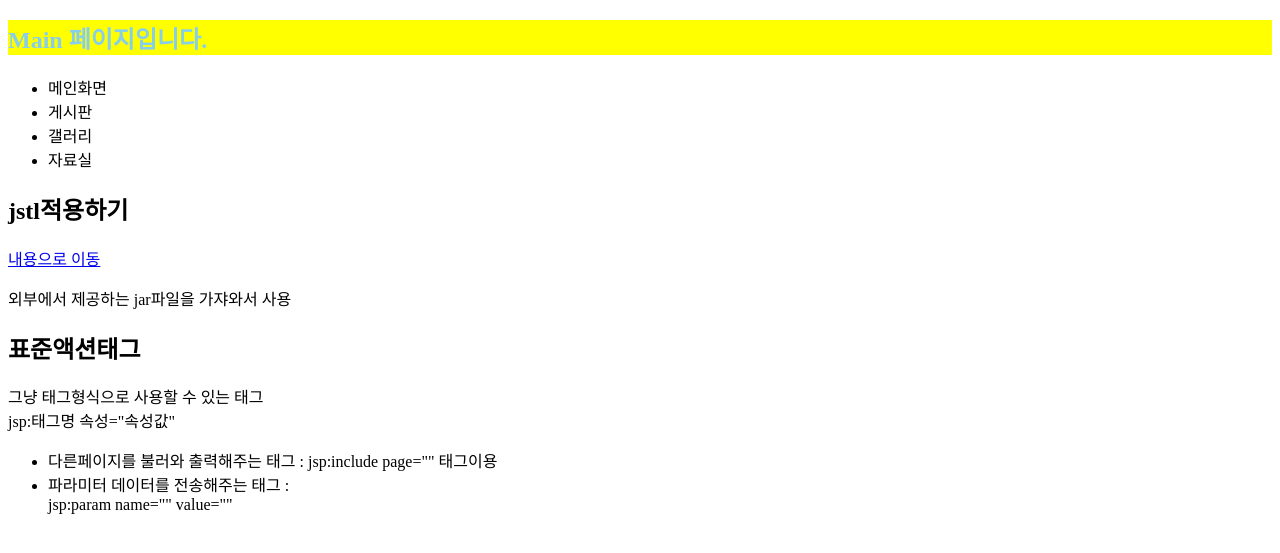
Repository: simjiho/week
Page: http://localhost/el_jstl/
An editor plug-in stored every save of this project. The page is shown before and after the next save, followed by the edit.
The browser window is 1280 px wide. The pictures show the whole page.
The page is served by Tomcat 9. Other server files are loaded and not shown.

Above is the page before, as saved 2024-04-20 05:39:48.

### workspace/el_jstl/src/main/webapp/index.jsp
<%@ page language="java" contentType="text/html; charset=UTF-8"
    pageEncoding="UTF-8"%>
<!-- 이용할 jstl 태그를 선언해야함 -->
<%@ taglib prefix="c" uri="http://java.sun.com/jsp/jstl/core" %>
<%@ taglib prefix="fmt" uri="http://java.sun.com/jsp/jstl/fmt" %>
<jsp:include page="/views/common/header.jsp">
	<jsp:param name="title" value="Main"/>
	<jsp:param name="style" value="color:skyblue; background-color:yellow;"/>
</jsp:include>

	<%-- <h3><%=name %></h3> --%>
	<h2>jstl적용하기</h2>
	<a href="views/content.jsp">내용으로 이동</a>
	<p>외부에서 제공하는 jar파일을 가쟈와서 사용</p>

	<h2>표준액션태그</h2>
	<p>
		그냥 태그형식으로 사용할 수 있는 태그 <br>
		jsp:태그명 속성="속성값"
	</p>
	<ul>
		<li>
			다른페이지를 불러와 출력해주는 태그 : jsp:include page="" 태그이용
		</li>
		<li>
			파라미터 데이터를 전송해주는 태그 : <br>
			jsp:param name="" value=""
		</li>
	</ul>
</body>
</html>

### workspace/el_jstl/src/main/webapp/views/common/header.jsp
<%@ page language="java" contentType="text/html; charset=UTF-8"
    pageEncoding="UTF-8"%>
<%
	String name="안녕";
%>
<!DOCTYPE html>
<html>
<head>
<meta charset="UTF-8">
<title>근명고등학교</title>
</head>
<body>
	<h2 style="${param.style}">${param.title} 페이지입니다.</h2>
	<ul>
		<li>메인화면</li>
		<li>게시판</li>
		<li>갤러리</li>
		<li>자료실</li>
	</ul>

After the next save:
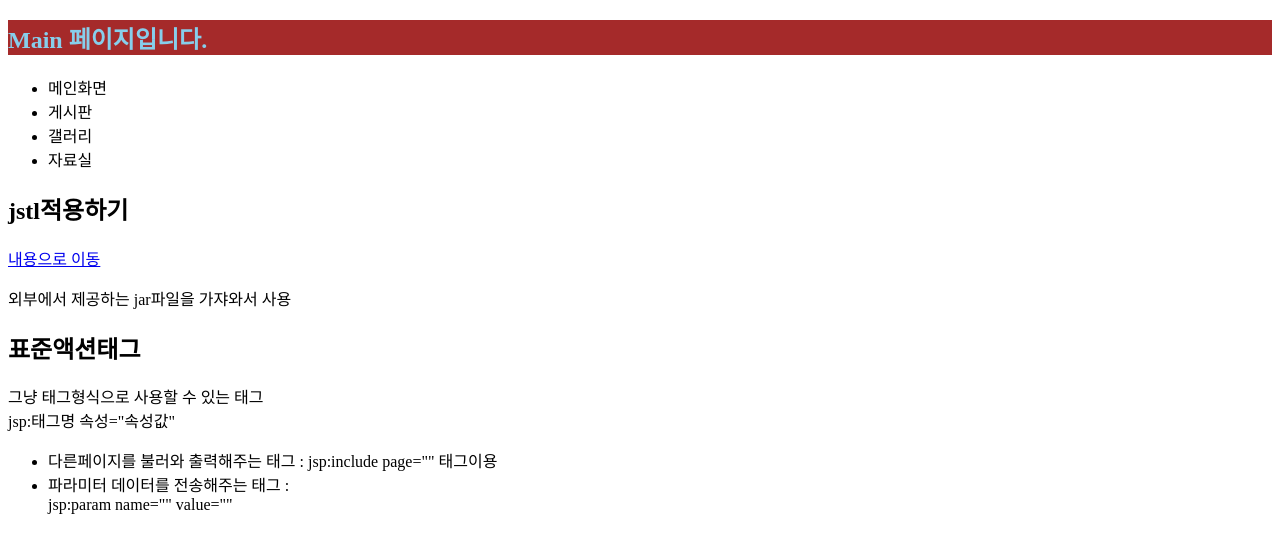
Saved 35 s later.
--- a/workspace/el_jstl/src/main/webapp/index.jsp
+++ b/workspace/el_jstl/src/main/webapp/index.jsp
@@ -5,7 +5,7 @@
 <%@ taglib prefix="fmt" uri="http://java.sun.com/jsp/jstl/fmt" %>
 <jsp:include page="/views/common/header.jsp">
 	<jsp:param name="title" value="Main"/>
-	<jsp:param name="style" value="color:skyblue; background-color:yellow;"/>
+	<jsp:param name="style" value="color:skyblue; background-color:brown;"/>
 </jsp:include>
 
 	<%-- <h3><%=name %></h3> --%>
